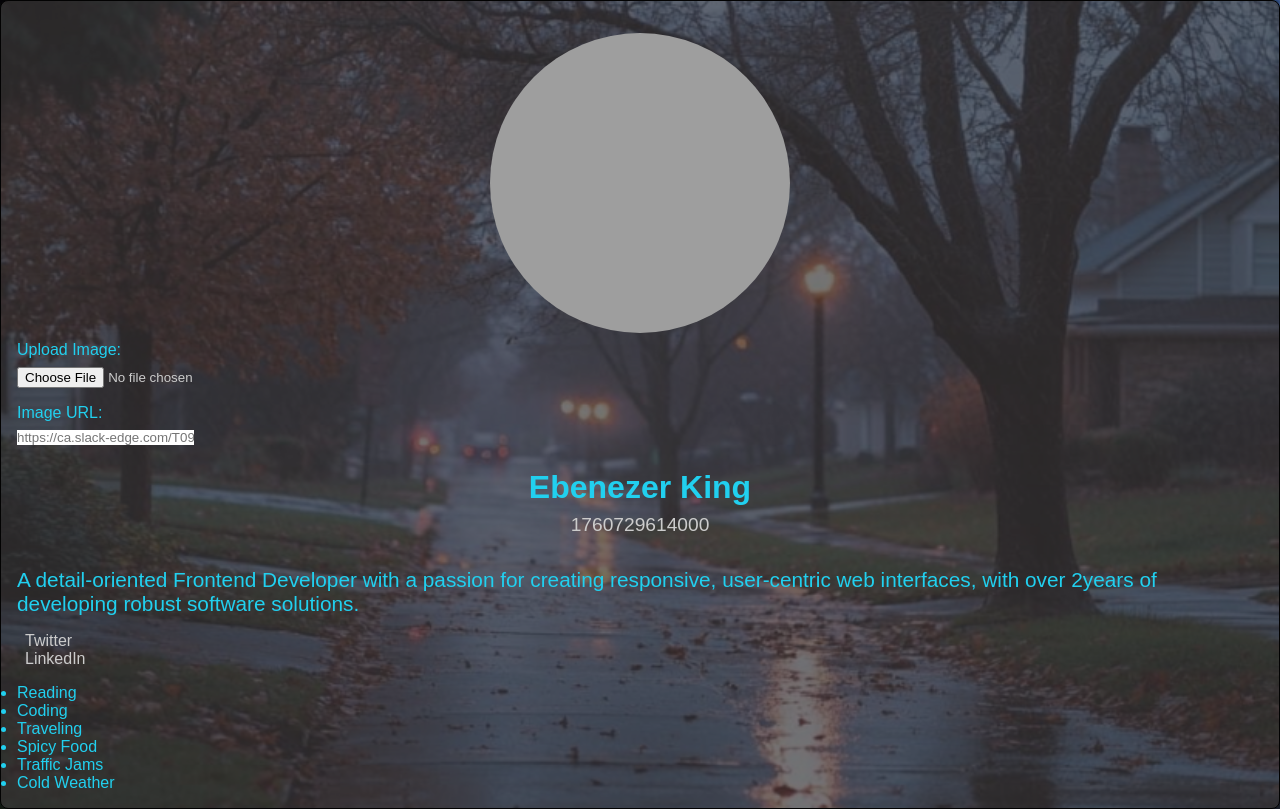
Repository: ebenezertiewei/profileCard
Page: index.html
The author's editor kept a copy of each file at every save. The page is drawn from the files as they stood at one save, then again after the next save.
The browser window is 1280 px wide. The pictures show the whole page.
Pictures or frames that could not be fetched are drawn as grey boxes.

Above is the page before, as saved 2025-10-17 23:19:23.

After the next save:
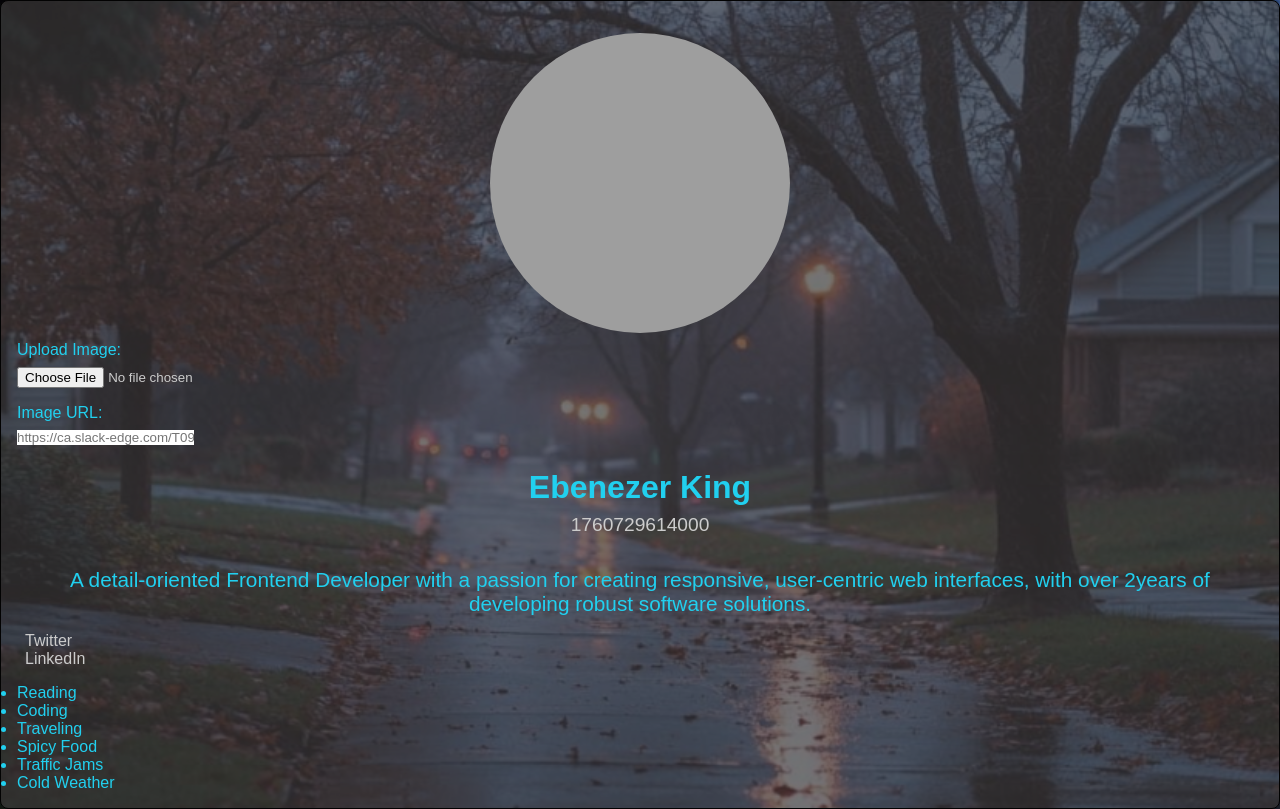
Saved 16 s later.
--- a/style.css
+++ b/style.css
@@ -97,7 +97,7 @@
 }
 /*--------------  PROFILE DETAILS  --------------*/
 #profileDetails p[data-testid="test-user-bio"] {
-	/* text-align: center; */
+	text-align: center;
 	font-size: 1.3rem;
 	margin-bottom: 1rem;
 }

After the save that followed:
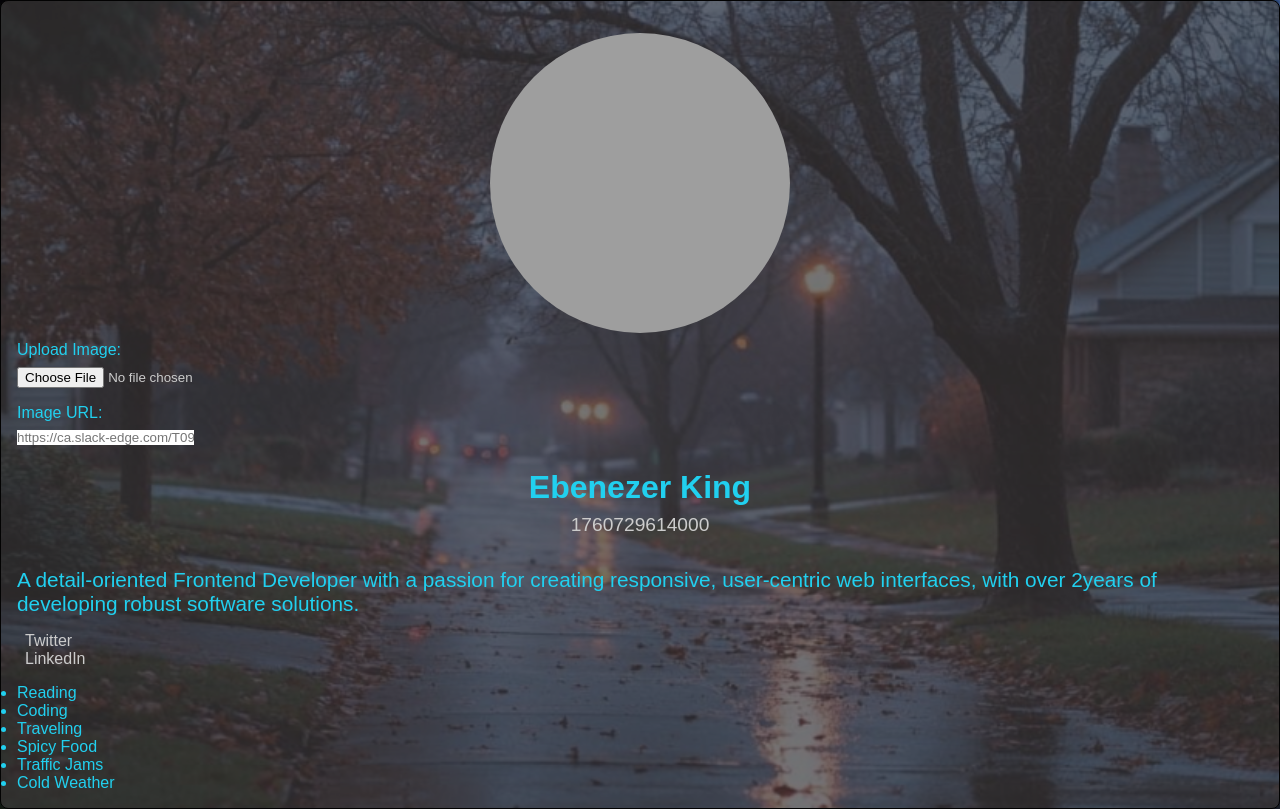
Saved 13 s later.
--- a/style.css
+++ b/style.css
@@ -97,7 +97,7 @@
 }
 /*--------------  PROFILE DETAILS  --------------*/
 #profileDetails p[data-testid="test-user-bio"] {
-	text-align: center;
+	/* text-align: center; */
 	font-size: 1.3rem;
 	margin-bottom: 1rem;
 }
